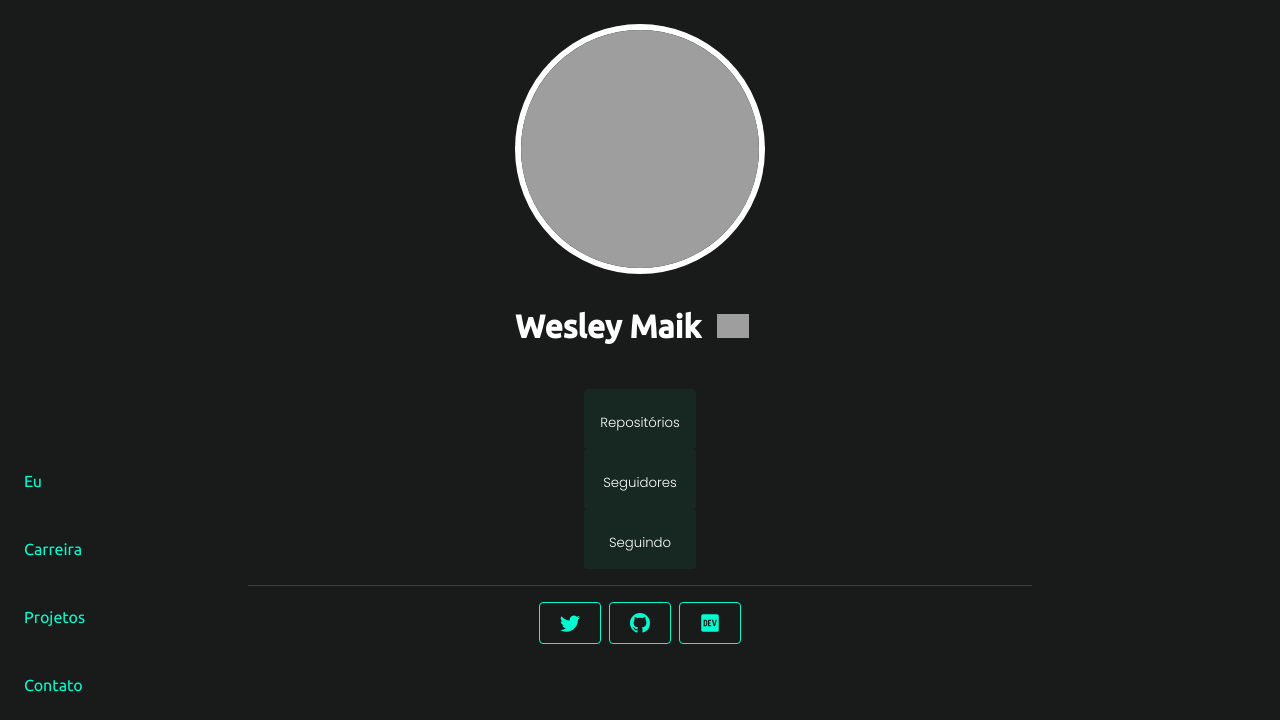
Repository: WesleyMaik/wesleymaik.github.io
Page: /
The author's editor kept a copy of each file at every save. The page is drawn from the files as they stood at one save, then again after the next save.
The browser window is 1280 px wide. The pictures show the whole page.
Pictures or frames that could not be fetched are drawn as grey boxes. The page's requests for data from a server got no answer. The project was rebuilt for these pictures with package versions that can differ from the ones it lists, and the page was loaded fresh each time. No one was signed in, and anything a server would have sent is missing. Also part of the build but not shown: vite.config.ts.

Above is the page before, as saved 2022-08-08 12:44:29.

### index.html
<!DOCTYPE html>
<html lang="en">
  <head>
    <meta charset="UTF-8" />
    <link rel="icon" type="image/svg+xml" href="/vite.svg" />
    <meta name="viewport" content="width=device-width, initial-scale=1.0" />
    <title>Wesley Maik - Portifólio</title>
  </head>
  <body>
    <div id="root"></div>
    <script type="module" src="/src/main.tsx"></script>
  </body>
</html>

### src/main.tsx
//Modules
import React from 'react'
import ReactDOM from 'react-dom/client'
import App from './pages'

//Style
import "./styles/global.scss";

ReactDOM.createRoot(document.getElementById('root') as HTMLElement).render(
  <React.StrictMode>
    <App />
  </React.StrictMode>
)

### src/pages/index.tsx
//Modules
import styled from "styled-components";
import Header from "../components/template/header";

const App = () => {
    const Main = styled.main`
      max-width:800px;
      margin:auto;
    `;

    return(
      <Main>
        <Header />
      </Main>
    )
};

export default App

### src/styles/global.scss
//Fonts
@import url('https://fonts.googleapis.com/css2?family=Open+Sans:wght@300;400;600&family=Poppins:wght@300;400;600&family=Roboto+Mono:wght@300;400;700&family=Ubuntu:wght@300;400;500&display=swap');

:root{
    --bg-primary:#181b19;
    --bg-secundary:#2c372e;
    --color-default:#fff;
    --color-primary:#00ffd0;
    --color-secundary:#01dba4;
    --color-fade:#01dba410;
}

*{
    box-sizing: border-box;
    transition: all ease 0.25s;
}

html, body{
    margin:0;

    color:var(--color-default);
    background-color: var(--bg-primary);

    font-family: 'Arial', 'Tahoma';
}

h1, h2, h3, h4, h5, h6{
    font-family: 'Poppins', 'Arial';
}

p{
    font-family: 'Open Sans', 'Arial';
}

div, span{
    font-family: 'Ubuntu', 'Arial';
}

a{
    color: var(--color-primary);
    text-decoration: none;

    border-bottom:2px solid transparent;

    &:active{
        color: var(--color-secundary);
    }

    &:hover{
        border-bottom-color:var(--color-primary);
    }
}

hr{
    width:100%;
    border:none;
    border-top: 1px solid #ffffff25;
}

### src/components/template/header.tsx
import styled from "styled-components";
import Avatar from "../avatar";
import Github from "./github";
import Navigation from "./navigation";
import Social from "./social";

const Header = () => {
    const Header = styled.header`
        width:100%;
        min-height:20em;

        display:flex;
        flex-direction:column;
        align-items:center;
        gap:0.5em;

        padding:0.5em;
        margin:1em 0;

        .title{
            .icon{
                width:32px;
            }
        }
    `;

    return(
        <Header>
            <Navigation />
            <Avatar />
            <h1 className="title">
                <span>Wesley Maik</span>
                <img
                    className="icon"
                    src="https://raw.githubusercontent.com/MartinHeinz/MartinHeinz/master/wave.gif"
                    style={{ display: "inline-block", margin:'0 0.5em' }}
                    data-target="animated-image.originalImage"
                />
            </h1>
            <Github />
            <hr />
            <Social />
        </Header>
    )
};

export default Header;

### src/components/avatar/index.tsx
//Modules
import styled from "styled-components";

// https://api.github.com/users/wesleymaik

const Avatar = () => {
    const Content = styled.div`
        width:250px;
        height:250px;

        overflow:hidden;

        border:6px solid #fff;
        border-radius:50%;

        .img{
            width:100%;
            height:100%;
        }
    `;

    return(
        <Content>
            <img className="img" src="https://avatars.githubusercontent.com/u/85949116?v=4"/>
        </Content>
    )
};

export default Avatar;

### src/components/template/github.tsx
//Modules
import { useCallback, useEffect, useState } from "react";
import styled from "styled-components";
import { api } from "../../services/api";

//Components
import { GrLocation } from 'react-icons/gr';

export interface IGithub {
    login: string;
    id: number;
    node_id: string;
    avatar_url: string;
    gravatar_id: string;
    url: string;
    html_url: string;
    followers_url: string;
    following_url: string;
    gists_url: string;
    starred_url: string;
    subscriptions_url: string;
    organizations_url: string;
    repos_url: string;
    events_url: string;
    received_events_url: string;
    type: string;
    site_admin: boolean;
    name: string;
    company: string;
    blog: string;
    location: string;
    email: string;
    hireable: string;
    bio: string;
    twitter_username: string;
    public_repos: number;
    public_gists: number;
    followers: number;
    following: number;
    created_at: string;
    updated_at: string;
};


const gitInfo = {};

const Github = () => {
    const Container = styled.div`
        width:100%;

        display:flex;
        flex-direction:column;
        justify-content:center;
        align-items:center;
        gap:0.5em;

        .card{
            width:100%;

            display:flex;
            align-items:center;
            flex-direction:column;
            gap:0.5em;

            padding:1em;

            background-color:var(--color-fade);

            border-radius:4px;

            *{
                margin:0;
            }

            .title{
                font-weight:300;
            }
        }
    `;

    const [data, setData] = useState<IGithub | null>(null),
          handleData = useCallback((data:IGithub) => {
            setData(data);
          }, [data])

    useEffect(() => {
        api.get('https://api.github.com/users/wesleymaik')
        .then((response) => {
            handleData(response.data as IGithub);
        })
        .catch((err) => {
            console.log(err);
        });
    })

    return(
        <Container>
            <div className="location">
                {
                    data?.location &&
                    <p className="title"><GrLocation />{ data?.location }</p>
                }
            </div>
            <div className="info">
                <div className="card">
                    <h2 className="text">{ data?.public_repos }</h2>
                    <h5 className="title">Repositórios</h5>
                </div>
                <div className="card">
                    <h2 className="text">{ data?.followers }</h2>
                    <h5 className="title">Seguidores</h5>
                </div>
                <div className="card">
                    <h2 className="text">{ data?.following }</h2>
                    <h5 className="title">Seguindo</h5>
                </div>
            </div>
        </Container>
    )
};

export default Github;

### src/components/template/navigation.tsx
import styled from "styled-components";

const Navigation = () => {
    const Container = styled.div`
        display:flex;
        flex-direction:column;
        justify-content:center;
        align-items:left;
        gap:2em;

        position:fixed;
        left:0;
        bottom:0;

        padding:1em;

        z-index:10;

        a{
            padding:0.5em;
            &:hover{
                background-color:var(--color-fade);
            }
        }
    `;

    return(
        <Container>
            <a href="#me">Eu</a>
            <a href="#carrer">Carreira</a>
            <a href="#project">Projetos</a>
            <a href="#contact">Contato</a>
        </Container>
    )
};

export default Navigation;

### src/components/template/social.tsx
//Modules
import styled from "styled-components";

//Component
import { BsTwitter, BsGithub } from 'react-icons/bs';
import { FaDev } from 'react-icons/fa';

interface ISocial{
    name?:boolean
};

const Social = ({ name }:ISocial) => {
    const Container = styled.div`
        width:100%;

        display:flex;
        flex-direction:row;
        justify-content:center;
        gap:0.5em;

        .btn{
            cursor: pointer;

            display:flex;
            flex-direction:row;
            gap:0.5em;

            color:var(--color-primary);
            font-size:1.25em;

            border:1px solid var(--color-primary);
            border-radius:4px;
            padding:0.5em 1em;

            &:hover{
                background-color:var(--color-fade);
            }

            .text{
                ${!name && 'display:none;'}
            }
        }
    `;

    return(
        <Container>
            <div className="btn">
                <BsTwitter />
                <span className="text">Twitter</span>
            </div>
            <div className="btn">
                <BsGithub />
                <span className="text">Github</span>
            </div>
            <div className="btn">
                <FaDev />
                <span className="text">Dev.to</span>
            </div>
        </Container>
    )
};

export default Social;

### src/services/api.ts
//Modules
import axios from "axios";

//Api
export const api = axios.create();

After the next save:
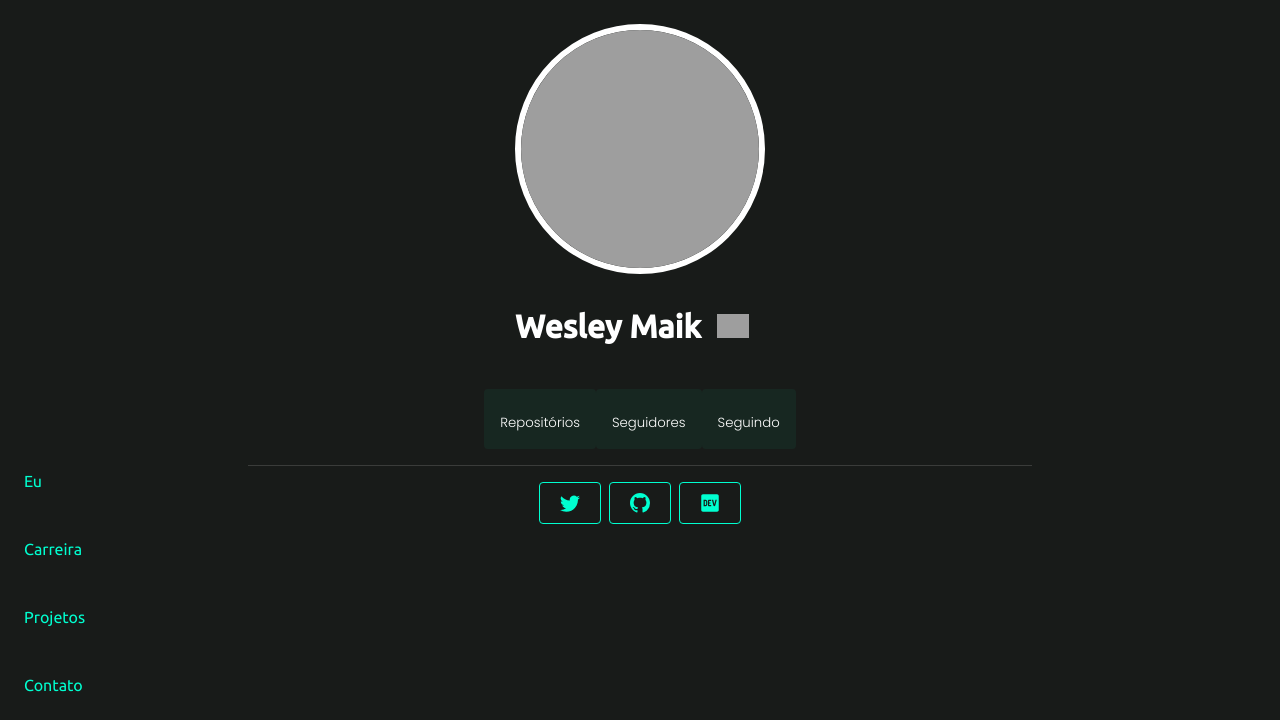
Saved 37 s later.
--- a/src/components/template/github.tsx
+++ b/src/components/template/github.tsx
@@ -54,26 +54,35 @@
         align-items:center;
         gap:0.5em;
 
-        .card{
-            width:100%;
+        .location{
+            color:#fff;
+        }
 
+        .info{
             display:flex;
-            align-items:center;
-            flex-direction:column;
-            gap:0.5em;
+            flex-direction:row;
 
-            padding:1em;
+            .card{
+                width:100%;
 
-            background-color:var(--color-fade);
+                display:flex;
+                align-items:center;
+                flex-direction:column;
+                gap:0.5em;
 
-            border-radius:4px;
+                padding:1em;
 
-            *{
-                margin:0;
-            }
+                background-color:var(--color-fade);
 
-            .title{
-                font-weight:300;
+                border-radius:4px;
+
+                *{
+                    margin:0;
+                }
+
+                .title{
+                    font-weight:300;
+                }
             }
         }
     `;
